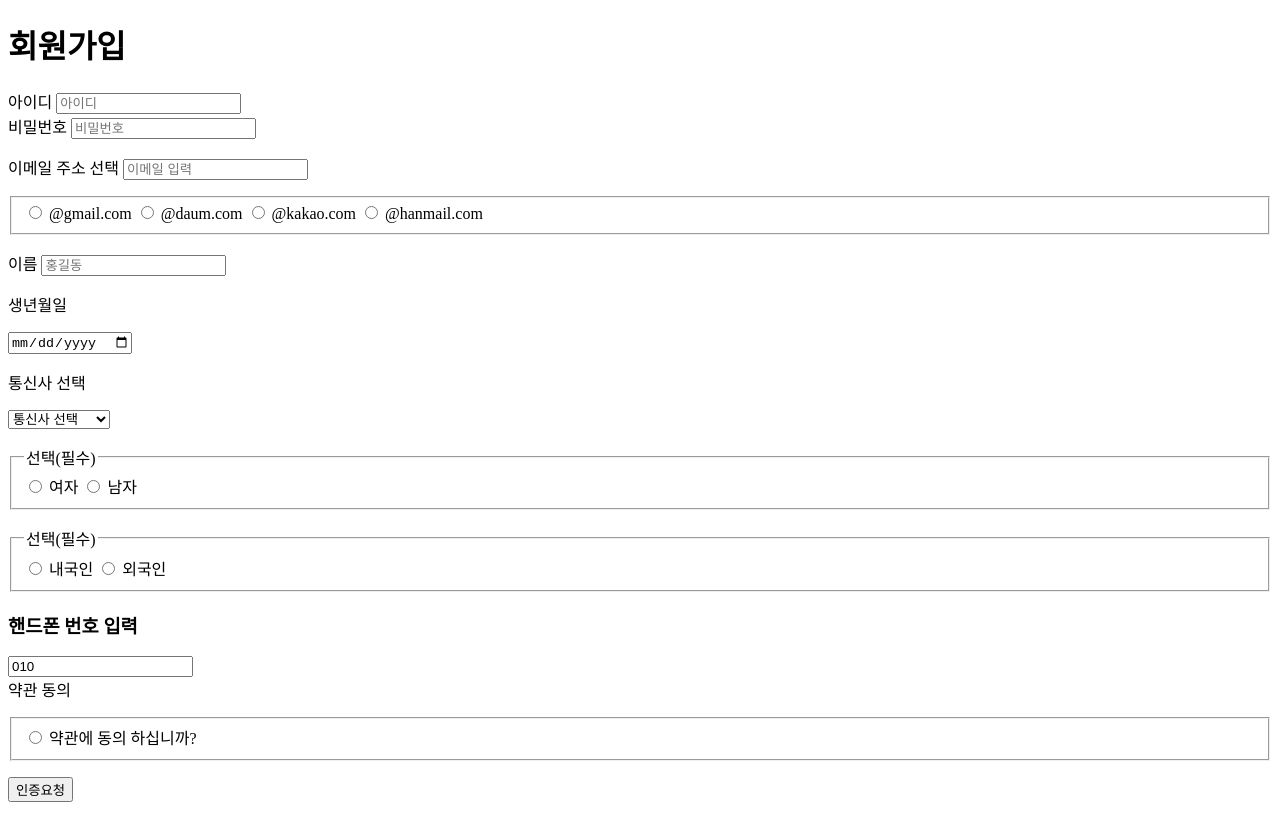
Repository: guswnsdldl/gb
Page: html workspace/h_form/src/main/webapp/join.html
The author's editor kept a copy of each file at every save. The page is drawn from the files as they stood at one save, then again after the next save.
The browser window is 1280 px wide. The pictures show the whole page.

Above is the page before, as saved 2024-08-06 08:15:29.

After the next save:
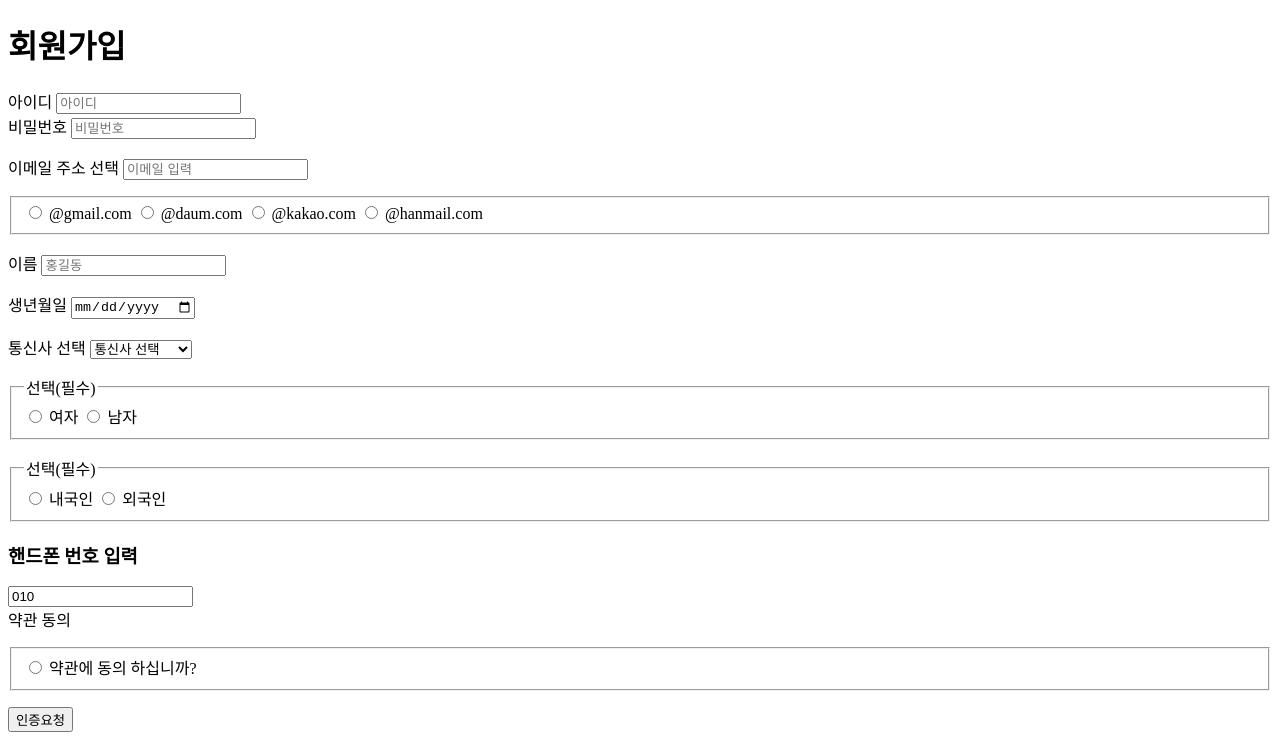
Saved 47 s later.
--- a/html workspace/h_form/src/main/webapp/join.html
+++ b/html workspace/h_form/src/main/webapp/join.html
@@ -29,12 +29,13 @@
 <p>이름
 <input type="text" name="user-name" placeholder="홍길동" required><br>
 </div>
-<div>	생년월일
-        <p> <input type="date">
+<div><p>
+생년월일 <input type="date">
 </div>
 
-<div>통신사 선택
-<p><select name="select-telecom">
+<div><p>
+통신사 선택
+<select name="select-telecom">
             <option value="" selected>통신사 선택</option>
             <option value="computer">KT</option>
             <option value="model">SKT</option>
